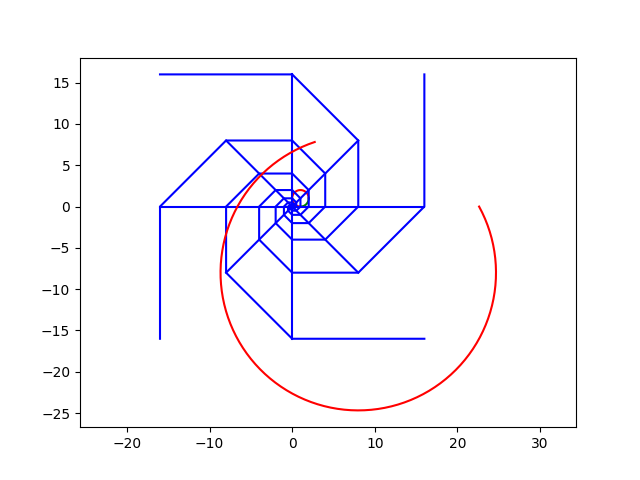
Repository: lbylzkx/Circle-Point-Manuscript
Script's output: python 卍.py
These files come from the project's save history. The script's output is drawn as it stood at one moment and after the next save; the edit follows.
Each picture stacks the figures in order, with grey between them; figures that are only written to a file come last. Random numbers start from a fixed seed.

Above is the script's output before, as saved 2023-09-25 16:34:54.

### 卍.py
import numpy as np
import matplotlib.pyplot as plt
from arc import *
from 卍spiral import *


def x_position(n, thelta=0):
    return np.sqrt(2)**n*np.cos(n*np.pi/4+thelta)


def y_position(n, thelta=0):
    return np.sqrt(2)**n*np.sin(n*np.pi/4+thelta)


# axis
x_axis_1 = [x_position(8), x_position(8, thelta=np.pi)]
y_axis_1 = [y_position(8), y_position(8, thelta=np.pi)]
plt.plot(x_axis_1, y_axis_1, 'b')

x_axis_2 = [x_position(8, thelta=np.pi/2), x_position(8, thelta=3*np.pi/2)]
y_axis_2 = [y_position(8, thelta=np.pi/2), y_position(8, thelta=3*np.pi/2)]
plt.plot(x_axis_2, y_axis_2, 'b')

x_axis_3 = [x_position(7, thelta=0), x_position(7, thelta=np.pi)]
y_axis_3 = [y_position(7, thelta=0), y_position(7, thelta=np.pi)]
plt.plot(x_axis_3, y_axis_3, 'b')

x_axis_4 = [x_position(7, thelta=np.pi/2), x_position(7, thelta=3*np.pi/2)]
y_axis_4 = [y_position(7, thelta=np.pi/2), y_position(7, thelta=3*np.pi/2)]
plt.plot(x_axis_4, y_axis_4, 'b')
# axis

x1 = [x_position(i, thelta=0) for i in range(-10, 10)]
y1 = [y_position(i, thelta=0) for i in range(-10, 10)]
plt.plot(x1, y1, 'b')

x2 = [x_position(i, thelta=np.pi/2) for i in range(-10, 10)]
y2 = [y_position(i, thelta=np.pi/2) for i in range(-10, 10)]
plt.plot(x2, y2, 'b')

x3 = [x_position(i, thelta=np.pi) for i in range(-10, 10)]
y3 = [y_position(i, thelta=np.pi) for i in range(-10, 10)]
plt.plot(x3, y3, 'b')

x4 = [x_position(i, thelta=3*np.pi/2) for i in range(-10, 10)]
y4 = [y_position(i, thelta=3*np.pi/2) for i in range(-10, 10)]
plt.plot(x4, y4, 'b')

# for alpha in range(0, 4):
#     for n in range(-10, 9):
#         arc((loutus_x_center(n, alpha*np.pi/2), loutus_y_center(n, alpha*np.pi/2)),
#             (x_position(n, alpha*np.pi/2), y_position(n, alpha*np.pi/2)), (loutus_x_to(n, alpha*np.pi/2), loutus_y_to(n, alpha*np.pi/2)))


arc((loutus_x_center_inverse(8), loutus_y_center_inverse(8)),
    (loutus_x_from_inverse(8), loutus_y_from_inverse(8)), (loutus_x_to_inverse(8), loutus_y_to_inverse(8)), 'r')

# arc((-8, 8), (16, 0), (16, 16))

plt.axis('equal')
plt.show()

### arc.py
import matplotlib.pyplot as plt
import numpy as np
import sys
sys.path.append('C:/Userslbylzk/Documents/BaiduSyncdisk/Flowers')

""""""
# 从point2到point1的圆弧
""""""

# 顺时针


def arc(center, point1, point2, color='b'):
    # 计算端点到圆心的向量
    vector1 = np.array(point1) - np.array(center)
    vector2 = np.array(point2) - np.array(center)

    # 计算向量的模长
    r1 = np.linalg.norm(vector1)
    r2 = np.linalg.norm(vector2)

    # 计算向量之间的夹角
    theta1 = np.arctan2(vector1[1], vector1[0])
    theta2 = np.arctan2(vector2[1], vector2[0])

    # 确保 theta2 > theta1
    if theta1 < theta2:
        theta1 += 2 * np.pi

    # 计算圆弧上的点
    t = np.linspace(theta1, theta2, 100)
    x = center[0] + r1 * np.cos(t)
    y = center[1] + r1 * np.sin(t)

    # X,Y轴等长
    plt.axis('equal')
    # 绘制圆弧
    plt.plot(x, y, color)

# 逆时针


def arc_inverse(center, point1, point2, color='b'):
    # 计算端点到圆心的向量
    vector1 = np.array(point1) - np.array(center)
    vector2 = np.array(point2) - np.array(center)

    # 计算向量的模长
    r1 = np.linalg.norm(vector1)
    r2 = np.linalg.norm(vector2)

    # 计算向量之间的夹角
    theta1 = np.arctan2(vector1[1], vector1[0])
    theta2 = np.arctan2(vector2[1], vector2[0])

    # 确保 theta2 > theta1
    if theta2 < theta1:
        theta2 += 2 * np.pi

    # 计算圆弧上的点
    t = np.linspace(theta1, theta2, 100)
    x = center[0] + r1 * np.cos(t)
    y = center[1] + r1 * np.sin(t)

    # X,Y轴等长
    plt.axis('equal')
    # 绘制圆弧
    plt.plot(x, y, color)


# 示例
# arc((1, 1), (2, 1), (1, 0), 'r')
arc((1, 1), (1, 0), (2, 1), 'r')
arc_inverse((1, 1), (1, 0), (2, 1), 'g')
# plt.axis('equal')
# plt.show()

### 卍spiral.py
import numpy as np
import matplotlib.pyplot as plt
from arc import *


# The points of 卍 or lotus

# 正旋(右旋)
# center:
def loutus_x_center(n, thelta=0):
    return np.sqrt(2)**(n-1)*np.cos(n*np.pi/4+3*np.pi/4+thelta)


def loutus_y_center(n, thelta=0):
    return np.sqrt(2)**(n-1)*np.sin(n*np.pi/4+3*np.pi/4+thelta)


# from:
def x_position(n, thelta=0):
    return np.sqrt(2)**n*np.cos(n*np.pi/4+thelta)


def y_position(n, thelta=0):
    return np.sqrt(2)**n*np.sin(n*np.pi/4+thelta)

# to:


def loutus_x_to(n, thelta=0):
    return np.sqrt(2)**(n+1)*np.cos(n*np.pi/4+np.pi/4+thelta)


def loutus_y_to(n, thelta=0):
    return np.sqrt(2)**(n+1)*np.sin(n*np.pi/4+np.pi/4+thelta)

# 逆旋(左旋)
# center:


def loutus_x_center_inverse(n, thelta=0):
    return np.sqrt(2)**(n-1)*np.cos(n*np.pi/4+7*np.pi/4+thelta)


def loutus_y_center_inverse(n, thelta=0):
    return np.sqrt(2)**(n-1)*np.sin(n*np.pi/4+7*np.pi/4+thelta)


# from:
def loutus_x_from_inverse(n, thelta=0):
    return np.sqrt(2)**(n+1)*np.cos(n*np.pi/4+thelta)


def loutus_y_from_inverse(n, thelta=0):
    return np.sqrt(2)**(n+1)*np.sin(n*np.pi/4+thelta)


# to:


def loutus_x_to_inverse(n, thelta=0):
    return np.sqrt(2)**n*np.cos(n*np.pi/4+np.pi/2+thelta)


def loutus_y_to_inverse(n, thelta=0):
    return np.sqrt(2)**n*np.sin(n*np.pi/4+np.pi/2+thelta)

# for alpha in range(0, 4):
#     for n in range(-10, 9):
#         arc((loutus_x_center(n, alpha*np.pi/2), loutus_y_center(n, alpha*np.pi/2)),
#             (x_position(n, alpha*np.pi/2), y_position(n, alpha*np.pi/2)), (loutus_x_to(n, alpha*np.pi/2), loutus_y_to(n, alpha*np.pi/2)), 'r')
    # arc((loutus_x_center_inverse(n, alpha*np.pi/2), loutus_y_center_inverse(n, alpha*np.pi/2)),
    #     (x_position_inverse(n, alpha*np.pi/2), y_position_inverse(n, alpha*np.pi/2)), (loutus_x_to_inverse(n, alpha*np.pi/2), loutus_y_to_inverse(n, alpha*np.pi/2)), 'r')
# arc((loutus_x_center_inverse(8, alpha*np.pi/2), loutus_y_center_inverse(8, alpha*np.pi/2)),
#     (x_position_inverse(8, alpha*np.pi/2), y_position_inverse(8, alpha*np.pi/2)), (loutus_x_to_inverse(8, alpha*np.pi/2), loutus_y_to_inverse(8, alpha*np.pi/2)), 'r')
# plt.axis('equal')
# plt.show()

After the next save:
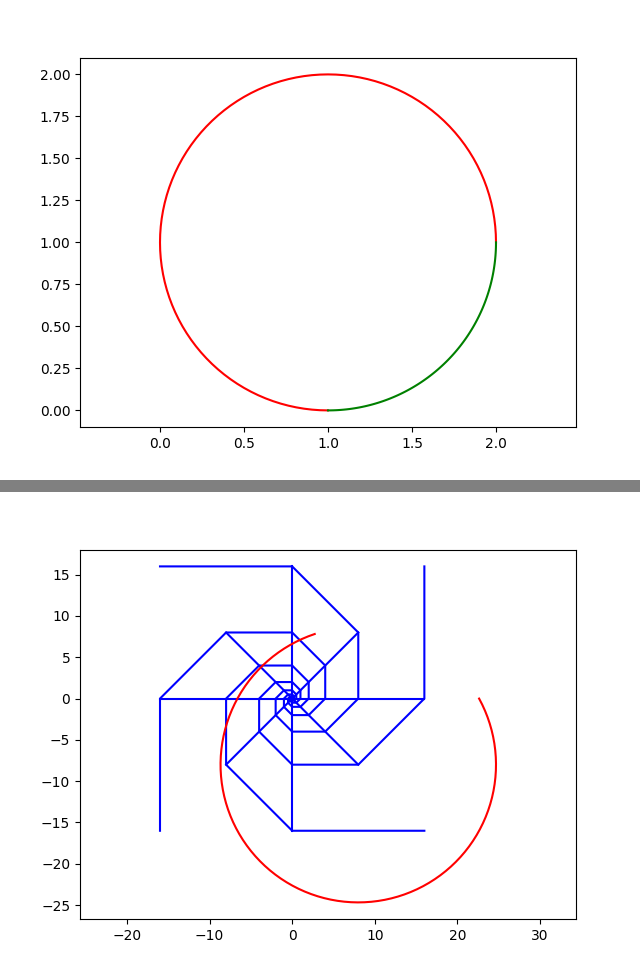
Saved 55 s later.
--- a/arc.py
+++ b/arc.py
@@ -72,5 +72,5 @@
 # arc((1, 1), (2, 1), (1, 0), 'r')
 arc((1, 1), (1, 0), (2, 1), 'r')
 arc_inverse((1, 1), (1, 0), (2, 1), 'g')
-# plt.axis('equal')
-# plt.show()
+plt.axis('equal')
+plt.show()

After the save that followed:
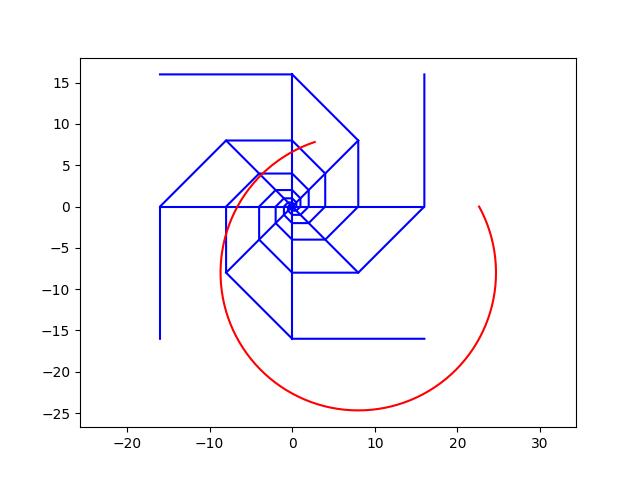
Saved 28 s later.
--- a/arc.py
+++ b/arc.py
@@ -70,7 +70,7 @@
 
 # 示例
 # arc((1, 1), (2, 1), (1, 0), 'r')
-arc((1, 1), (1, 0), (2, 1), 'r')
-arc_inverse((1, 1), (1, 0), (2, 1), 'g')
-plt.axis('equal')
-plt.show()
+# arc((1, 1), (1, 0), (2, 1), 'r')
+# arc_inverse((1, 1), (1, 0), (2, 1), 'g')
+# plt.axis('equal')
+# plt.show()
